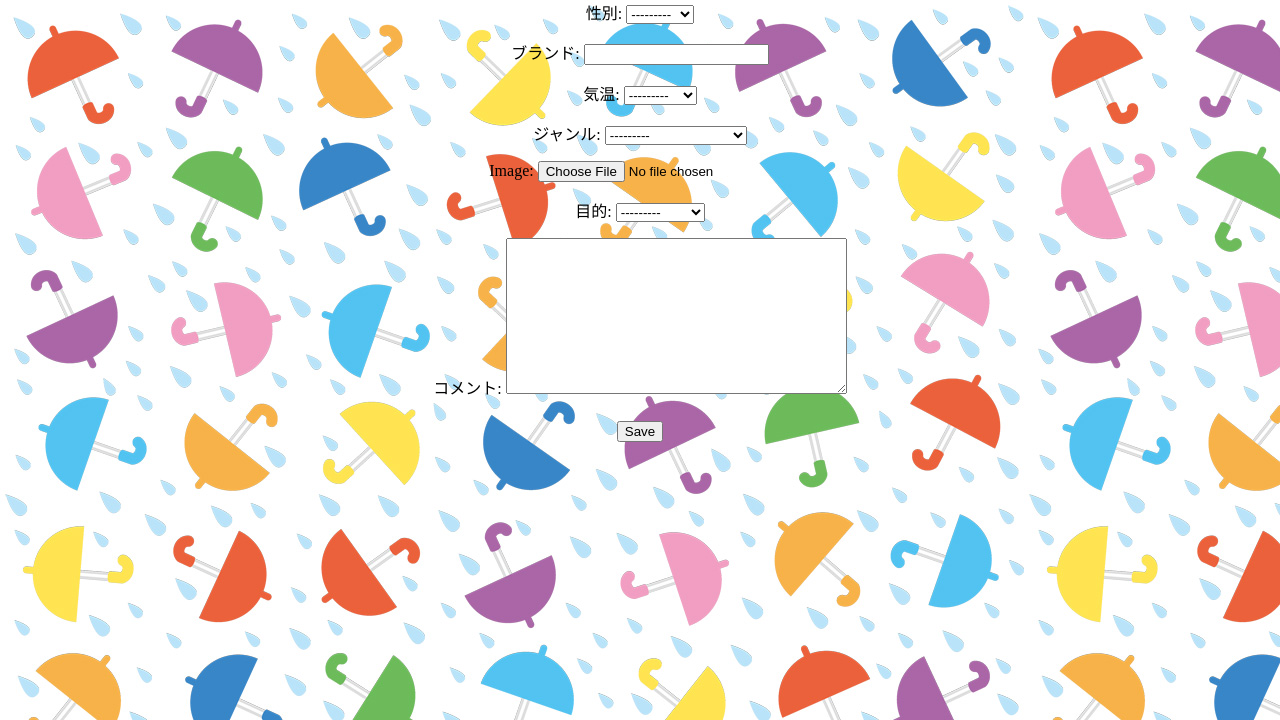
Repository: onoryo/DjangoProject
Page: http://localhost/toukou/
The author's editor kept a record of every edit. The page is drawn from the files as they stood at one moment, then again after the next edit.
The browser window is 1280 px wide. The pictures show the whole page.
The page is served by the project's application, run on Django 2.2 (manage.py). Other server files are loaded and not shown.

Above is the page before.

### clothes/views.py
import os
import uuid, datetime
from django.shortcuts import render, get_object_or_404
from django.shortcuts import redirect
from PIL.Image import Image
from .models import Post
from .forms import PostForm, SearchForm
from django.db.models import Q
from hackathon.settings import MEDIA_ROOT
from django.views.generic import View

# Create your views here.

#ホーム画面のビュー.　｛｝内に受け渡す変数を宣言
def home(request):
    today = datetime.datetime.now()
    month = []
    day = []
    weekday = []
    for n in range(7):
        month.append((today+datetime.timedelta(days=n)).month)
        day.append((today+datetime.timedelta(days=n)).day)
        weekday.append((today+datetime.timedelta(days=n)).weekday())
    if weekday[0]==0:
        weekday_char = [u'月', '火', u'水', u'木', u'金', u'土', u'日']
    elif weekday[0]==1:
        weekday_char = [u'火', u'水', u'木', u'金', u'土', u'日', u'月']
    elif weekday[0]==2:
        weekday_char = [u'水', u'木', u'金', u'土', u'日', u'月', '火']
    elif weekday[0]==3:
        weekday_char = [u'木', u'金', u'土', u'日', u'月', '火', u'水']
    elif weekday[0]==4:
        weekday_char = [u'金', u'土', u'日', u'月', '火', u'水', u'木']
    elif weekday[0]==5:
        weekday_char = [u'土', u'日', u'月', '火', u'水', u'木', u'金']
    else :
        weekday_char = [u'日', u'月', '火', u'水', u'木', u'金', u'土']

    if request.method == "GET":
        form = SearchForm()
        lo = u'東京'
        posts = Post.objects.all().order_by('-created_date')
        #weather API
        current_temp, daily_sky, max_temp, min_temp = wapi("Tokyo")

        daily_images = tenkiimage(daily_sky)#天気情報から天気の画像リンクを取得
        return render(request, 'clothes/home.html', {'form':form, 'posts':posts, 'max_temp':max_temp, 'min_temp':min_temp, 'current_temp':current_temp,
            'daily_sky':daily_sky, 'day':day, 'month':month, 'weekday_char':weekday_char, 'daily_images':daily_images, 'lo':lo})
    elif request.method == "POST":
        form = SearchForm(request.POST)

        if form.is_valid():
            data = form.save(commit=False)
            lo = pref(request.POST.get('ken'))
            #weather API
            current_temp, daily_sky, max_temp, min_temp = wapi(request.POST.get('ken'))
            daily_images = tenkiimage(daily_sky)
            posts = Post.objects.filter(gender=request.POST.get('gender'), category=request.POST.get('category')
                ).filter(gender=request.POST.get('gender'), purpose=request.POST.get('purpose')
                ).order_by('-created_date')
            if max_temp[0]<=5 :
                posts = posts.filter(temp=u'~5')[:9]
            elif max_temp[0]<=10 :
                posts = posts.filter(temp=u'6~10')[:9]
            elif max_temp[0]<=15 :
                posts = posts.filter(temp=u'11~15')[:9]
            elif max_temp[0]<=20 :
                posts = posts.filter(temp=u'16~20')[:9]
            elif max_temp[0]<=25 :
                posts = posts.filter(temp=u'21~25')[:9]
            elif max_temp[0]<=30 :
                posts = posts.filter(temp=u'26~30')[:9]
            elif max_temp[0]>30 :
                posts = posts.filter(temp=u'31~')[:9]
    return render(request, 'clothes/home.html', {'form':form, 'data':data, 'posts':posts, 'max_temp':max_temp, 'min_temp':min_temp, 'current_temp':current_temp,
        'daily_sky':daily_sky, 'daily_images':daily_images, 'day':day, 'month':month, 'weekday_char':weekday_char, 'lo':lo})

def toukou(request):
    if request.method == "POST":
        form = PostForm(request.POST, request.FILES)
        if form.is_valid():
            post = form.save(commit=False)
            post.image = request.FILES['image']
            post.save()
            return redirect('home')
    else:
        form = PostForm()
    return render(request, 'clothes/toukou.html', {'form':form})

#テスト用
# def search(request):
#     form = SearchForm()
#     if request.method == "GET":
#         return render(request, 'clothes/search.html', {'form':form})
#     elif request.method == 'POST':
#         form = SearchForm(request.POST)
#         posts = Post.objects.all()
#         if form.is_valid():
#             posts = posts.filter(Q(gender=form.cleaned_data['gender']),
#                 Q(purpose=form.cleaned_data['purpose']),
#                 Q(ken=form.cleaned_data['ken']),
#                 ).order_by('-created_date')
#     return render(request, 'search.html', {'form':form, 'posts':posts})

def wapi(location):
        location_dict = {}
        location_dict['Tokyo'] = '1850147'
        location_dict['Kobe'] = '1859171'
        location_dict['Niigata'] = '1851951'
        location_dict['Sapporo'] = '2128295'
        location_dict['Yamanashi'] = '1861454'
        location_dict['Fukuoka'] = '1852915'
        location_dict['Ibaraki'] = '2112572'
        location_dict['Mie'] = '1849796'
        location_dict['Miyagi'] = '211277'
        location_dict['Oita'] = '1864750'
        location_dict['Wakayama'] = '1851426'
        location_dict['Hiroshima'] = '1857334'
        location_dict['Osaka'] = '1850034'
        location_dict['Shizuoka'] = '1851717'
        location_dict['Okayama'] = '1855416'
        location_dict['Aichi'] = '1856057'
        location_dict['Kanagawa'] = '1859642'
        location_dict['Iwate'] = '2111834'
        location_dict['Saitama'] = '1859740'
        location_dict['Okinawa'] = '1894616'
        location_dict['Chiba'] = '2113015'
        location_dict['Kyoto'] = '1857910'
        location_dict['Fukushima'] = '2112923'
        location_dict['Toyama'] = '1849876'
        location_dict['Tokushima'] = '1850158'
        location_dict['Gifu'] = '1863641'
        location_dict['Yamagata'] = '2110556'
        location_dict['Aomori'] = '2130658'
        location_dict['Nagasaki'] = '1856177'
        location_dict['Tottori'] = '1849892'
        location_dict['Tochigi'] = '1850311'
        location_dict['Yamaguchi'] = '1848689'
        location_dict['Akita'] = '2128867'
        location_dict['Gunma'] = '1857843'
        location_dict['Ishikawa'] = '1860243'
        location_dict['Fukui'] = '1863985'
        location_dict['Nagano'] = '1856215'
        location_dict['Shiga'] = '1853574'
        location_dict['Nara'] = '1855612'
        location_dict['Shimane'] = '1857550'
        location_dict['Kagawa'] = '1851100'
        location_dict['Ehime'] = '1926099'
        location_dict['Kouchi'] = '1859146'
        location_dict['Saga'] = '1860063'
        location_dict['Kumamoto'] = '1858421'
        location_dict['Miyazaki'] = '1856717'
        location_dict['Kagoshima'] = '1860827'


        import urllib.request
        import json
        import datetime
        today = datetime.date.today()
        tsuki = int(today.month)
        hi = int(today.day)

        key = '7608bc173f7b4f2b30d704fe6c938d32'
        day = '6' # forecast for day days (1 to ?)
        url_forecast = 'http://api.openweathermap.org/data/2.5/forecast/daily?id={0}&units=metric&cnt={1}&appid={2}'.format(location_dict[location], day, key)
        url_today = 'http://api.openweathermap.org/data/2.5/weather?id={0}&units=metric&appid={1}'.format(location_dict[location], key)
        response_forecast, response_today = urllib.request.urlopen(url_forecast), urllib.request.urlopen(url_today)
        data_forecast, data_today = response_forecast.read().decode('utf8'), response_today.read().decode('utf8')
        weather_info_forecast, weather_info_today = json.loads(data_forecast), json.loads(data_today)

        cnt_data_forecast = weather_info_forecast['cnt']
        city_data_forecast = weather_info_forecast['city']
        weather_data_forecast = weather_info_forecast['list']
        message_data_forecast = weather_info_forecast['message']
        cod_data_forecast = weather_info_forecast['cod']

        coord_data_today = weather_info_today['coord']
        base_data_today = weather_info_today['base']
        wind_data_today = weather_info_today['wind']
        cod_data_today = weather_info_today['cod']
        id_data_today = weather_info_today['id']
        weather_data_today = weather_info_today['main']
        sky_data_today = weather_info_today['weather']
        # その他多数

        daily_temp = []
        daily_temp.append(weather_data_today)
        for i in range(int(day)):
            p = weather_data_forecast[i]
            daily_temp.append(p)

        daily_sky = []
        daily_sky.append(sky_data_today[0]['description'])
        for i in range(int(day)):
            daily_sky.append(daily_temp[i+1]['weather'][0]['description'])

        current_temp = daily_temp[0]['temp']
        max_temp = []
        min_temp = []
        max_temp.append(daily_temp[0]['temp_max'])
        min_temp.append(daily_temp[0]['temp_min'])
        for i in range(int(day)):
            max_temp.append(daily_temp[i+1]['temp']['max'])
            min_temp.append(daily_temp[i+1]['temp']['min'])
        max_temp1 = []
        min_temp1 = []
        for temp in max_temp:
            max_temp1.append(int(round(temp, 0)))
        for temp in min_temp:
            min_temp1.append(int(round(temp, 0)))
        current_temp = round(current_temp, 0)

        # daily_sky を日本語に変換
        for i in range(7):
            if daily_sky[i] == 'sky is clear':
                daily_sky[i] = '晴れ'
            elif daily_sky[i] == 'light rain':
                daily_sky[i] = 'くもり'
            elif daily_sky[i] == 'moderate rain':
                daily_sky[i] = '雨'
            elif daily_sky[i] == 'very heavy rain':
                daily_sky[i] = '雨'
            elif daily_sky[i] == 'heavy intensity rain':
                daily_sky[i] = '雨'
            elif daily_sky[i] == 'light intensity shower rain':
                daily_sky[i] = '雨'
            elif daily_sky[i] == 'few clouds':
                daily_sky[i] = 'くもり'
            elif daily_sky[i] == 'scattered clouds':
                daily_sky[i] = 'くもり'
            elif daily_sky[i] == 'broken clouds':
                daily_sky[i] = 'くもり'
            elif daily_sky[i] == 'overcast clouds':
                daily_sky[i] = 'くもり'
            elif daily_sky[i] == 'clear sky':
                daily_sky[i] = '晴れ'
            elif daily_sky[i] == 'shower rain':
                daily_sky[i] = '雨'
            elif daily_sky[i] == 'rain':
                daily_sky[i] = '雨'
            elif daily_sky[i] == 'thunderstorm':
                daily_sky[i] = '雷雨'
            elif daily_sky[i] == 'snow':
                daily_sky[i] = '雪'
            elif daily_sky[i] == 'mist':
                daily_sky[i] = '小雨'


        return current_temp, daily_sky, max_temp1, min_temp1

        #print('今日の天気: ' + str(daily_sky[0]))
        #print('現在の気温は' + str(current_temp) + 'です')
        #print('今日の最高気温は' + str(max_temp[0]) + 'です')
        #print('今日の最低気温は' + str(min_temp[0]) + 'です\n')
        #for i in range(int(day)):
            #print(str(tsuki) + '月' + str(hi + i + 1) + '日の天気: ' + str(daily_sky[i+1]))
            #print('最高気温は' + str(max_temp[i+1]) + 'です')
            #print('最低気温は' + str(min_temp[i+1]) + 'です\n')

        # daily_sky[] : 0～6に今日から6日先までの天気が入っている e.g. scattered cloud
        # current_temp : 現在の気温
        # max_temp[] : 0~6に今日から6日先までの最高気温が入っている
        # min_temp[] : 0~6に今日から6日先までの最低気温が入っている

def tenkiimage(sky):
    images =[]
    for sky in sky:
        if sky=='晴れ':
            images.append('tenki_images/kaisei.jpg')
        elif sky=='小雨':
            images.append('tenki_images/kosame.jpg')
        elif sky=='雨':
            images.append('tenki_images/ame.jpg')
        elif sky=='くもり':
            images.append('tenki_images/kumori.jpg')
        elif sky=='雷雨':
            images.append('tenki_images/raiu.jpg')
        elif sky=='雪':
            images.append('tenki_images/yuki.jpg')

    return images

def pref(ken):#POSTデータから日本語件名を取得
    kenmei = {
        u'Sapporo':u'北海道',
        u'Aomori':u'青森県',
        u'Iwate':u'岩手県',
        u'Miyagi':u'宮城県',
        u'Akita':u'秋田県',
        u'Yamagata':u'山形県',
        u'Fukushima':u'福島県',
        u'Ibaraki':u'茨城県',
        u'Tochigi':u'栃木県',
        u'Gunma':u'群馬県',
        u'Saitama':u'埼玉県',
        u'Chiba':u'千葉県',
        u'Tokyo':u'東京都',
        u'Kanagawa':u'神奈川県',
        u'Niigata':u'新潟県',
        u'Toyama':u'富山県',
        u'Ishikawa':u'石川県',
        u'Fukui':u'福井県',
        u'Yamanashi':u'山梨県',
        u'Nagano':u'長野県',
        u'Gifu':u'岐阜県',
        u'Shizuoka':u'静岡県',
        u'Aichi':u'愛知県',
        u'Mie':u'三重県',
        u'shiga':u'滋賀県',
        u'Kyoto':u'京都府',
        u'Osaka':u'大阪府',
        u'Kobe':u'兵庫県',
        u'Nara':u'奈良県',
        u'Wakayama':u'和歌山県',
        u'Tottori':u'鳥取県',
        u'Shimane':u'島根県',
        u'Okayama':u'岡山県',
        u'Hiroshima':u'広島県',
        u'Yamaguchi':u'山口県',
        u'Tokushima':u'徳島県',
        u'Kagawa':u'香川県',
        u'Ehime':u'愛媛県',
        u'Kouchi':u'高知県',
        u'Fukuoka':u'福岡県',
        u'Saga':u'佐賀県',
        u'nagasaki':u'長崎県',
        u'Kumamoto':u'熊本県',
        u'Oita':u'大分県',
        u'Miyazaki':u'宮崎県',
        u'Kagoshima':u'鹿児島県',
        u'Okinawa':u'沖縄県',
    }
    return kenmei[ken]

### clothes/templates/clothes/toukou.html
{% load staticfiles %}
<html>
    <head>
        <link rel="stylesheet" type="text/css" href="{% static 'css/clothes5.css' %}">
        <title>
        Weather and Clothes　〜写真を投稿〜</title>
    </head>

    <body>
        <center><form method="post" enctype="multipart/form-data">{% csrf_token %}
        <table>
            {{ form.as_p }}
            <tr>
                <td></td>
            </tr>
        </table>
        <button type="submit" >Save</button>
        <!--    画像ファイル<input type="file" name="pic"><br>-->

        <!--<div class="wrap2">-->
        <!--    <input type="radio" name="q1" value="women"> Women-->
        <!--    <input type="radio" name="q1" value="men"> Men-->
        <!--<br><br>-->

        <!--目的<br>-->
        <!--<select name="目的">-->
        <!--    <option value="nochoice">指定なし</option>-->
        <!--    <option value="date">デート</option>-->
        <!--    <option value="party">パーティー</option>-->
        <!--    <option value="outdoor">アウトドア</option>-->
        <!--</select>-->
        <!--<br><br>-->

        <!--服のジャンル<br>-->
        <!--<select name="ジャンル">-->
        <!--    <option value="outdoor">アウトドア</option>-->
        <!--    <option value="amekaji">アメカジ</option>-->
        <!--    <option value="kuranji">クランジ</option>-->
        <!--    <option value="surf">サーフ</option>-->
        <!--    <option value="salon">サロン</option>-->
        <!--    <option value="street">ストリート</option>-->
        <!--    <option value="sports">スポーツＭＩＸ</option>-->
        <!--    <option value="toratto">トラット</option>-->
        <!--    <option value="noomukoa">ノームコア</option>-->
        <!--    <option value="business">ビジネス</option>-->
        <!--    <option value="hiphop">ヒップホップ</option>-->
        <!--    <option value="host">ホスト・渋谷</option>-->
        <!--    <option value="mode">モード</option>-->
        <!--    <option value="rock">ロック</option>-->
        <!--    <option value="onee">お姉</option>-->
        <!--    <option value="girlish">ガーリッシュ</option>-->
        <!--    <option value="gyaru">ギャル</option>-->
        <!--    <option value="kireime">きれいめカジュアル</option>-->
        <!--    <option value="gosurori">ゴスロリ</option>-->
        <!--    <option value="marine">マリン</option>-->
        <!--    <option value="harajuku">原宿</option>-->
        <!--    <option value="morigirl">森ガール</option>-->
        <!--</select>-->
        <!--<br><br>-->

        <!--行き先<br>-->
        <!--<select name="ken">-->
        <!--    <option value="選択してください" >都道府県</option>-->
        <!--    <option value="北海道">北海道</option>-->
        <!--    <option value="青森県">青森県</option>-->
        <!--    <option value="岩手県">岩手県</option>-->
        <!--    <option value="宮城県">宮城県</option>-->
        <!--    <option value="秋田県">秋田県</option>-->
        <!--    <option value="山形県">山形県</option>-->
        <!--    <option value="福島県">福島県</option>-->
        <!--    <option value="茨城県">茨城県</option>-->
        <!--    <option value="栃木県">栃木県</option>-->
        <!--    <option value="群馬県">群馬県</option>-->
        <!--    <option value="埼玉県">埼玉県</option>-->
        <!--    <option value="千葉県">千葉県</option>-->
        <!--    <option value="東京都">東京都</option>-->
        <!--    <option value="神奈川県">神奈川県</option>-->
        <!--    <option value="新潟県">新潟県</option>-->
        <!--    <option value="富山県">富山県</option>-->
        <!--    <option value="石川県">石川県</option>-->
        <!--    <option value="福井県">福井県</option>-->
        <!--    <option value="山梨県">山梨県</option>-->
        <!--    <option value="長野県">長野県</option>-->
        <!--    <option value="岐阜県">岐阜県</option>-->
        <!--    <option value="静岡県">静岡県</option>-->
        <!--    <option value="愛知県">愛知県</option>-->
        <!--    <option value="三重県">三重県</option>-->
        <!--    <option value="滋賀県">滋賀県</option>-->
        <!--    <option value="京都府">京都府</option>-->
        <!--    <option value="大阪府">大阪府</option>-->
        <!--    <option value="兵庫県">兵庫県</option>-->
        <!--    <option value="奈良県">奈良県</option>-->
        <!--    <option value="和歌山県">和歌山県</option>-->
        <!--    <option value="鳥取県">鳥取県</option>-->
        <!--    <option value="島根県">島根県</option>-->
        <!--    <option value="岡山県">岡山県</option>-->
        <!--    <option value="広島県">広島県</option>-->
        <!--    <option value="山口県">山口県</option>-->
        <!--    <option value="徳島県">徳島県</option>-->
        <!--    <option value="香川県">香川県</option>-->
        <!--    <option value="愛媛県">愛媛県</option>-->
        <!--    <option value="高知県">高知県</option>-->
        <!--    <option value="福岡県">福岡県</option>-->
        <!--    <option value="佐賀県">佐賀県</option>-->
        <!--    <option value="長崎県">長崎県</option>-->
        <!--    <option value="熊本県">熊本県</option>-->
        <!--    <option value="大分県">大分県</option>-->
        <!--    <option value="宮崎県">宮崎県</option>-->
        <!--    <option value="鹿児島県">鹿児島県</option>-->
        <!--    <option value="沖縄県">沖縄県</option>-->
        <!--</select></div>-->
        <!--<br><br>-->


        <!--気温<BR>-->
        <!--<select name="気温">-->
        <!--    <option value="サンプル0">～５℃</option></option>-->
        <!--    <option value="サンプル1">６～10℃</option>-->
        <!--    <option value="サンプル2">10～15℃</option>-->
        <!--    <option value="サンプル3">15～20℃</option>-->
        <!--    <option value="サンプル3">20～25℃</option>-->
        <!--    <option value="サンプル3">25℃～</option>-->
        <!--</select>-->
        <!--<br><br>-->

        <!--<textarea name="comment" rows="4" cols="40"> コメントを入力してください </textarea>-->

        <!--<input type="submit" name="botan" value="send">-->
        </form></center>
    </body>

</html>

### clothes/forms.py
from django import forms

from .models import Post

#投稿フォームで受け取る情報
class PostForm(forms.ModelForm):

    class Meta:
        model = Post
        fields = (
            'gender',
            'brand',
            'temp',
            'category',
            'image',
            'purpose',
            'comment',
        )
        labels = {
            'gender': ('性別'),
            'brand': ('ブランド'),
            'temp': ('気温'),
            'category': ('ジャンル'),
            'purpose': ('目的'),
            'comment': ('コメント'),
        }

# 検索フォームで受け取る情報
class SearchForm(forms.Form, forms.ModelForm):

    class Meta:
        model = Post
        fields = ('gender', 'category', 'purpose')
        labels = {
            'gender': ('性別'),
            'category': ('ジャンル'),
            'purpose': ('目的'),
        }

    KEN_CHOICES = (
        (u'Sapporo', u'北海道'),
        (u'Aomori', u'青森県'),
        (u'Iwate', u'岩手県'),
        (u'Miyagi', u'宮城県'),
        (u'Akita', u'秋田県'),
        (u'Yamagata', u'山形県'),
        (u'Fukushima', u'福島県'),
        (u'Ibaraki', u'茨城県'),
        (u'Tochigi', u'栃木県'),
        (u'Gunma', u'群馬県'),
        (u'Saitama', u'埼玉県'),
        (u'Chiba', u'千葉県'),
        (u'Tokyo', u'東京都'),
        (u'Kanagawa', u'神奈川県'),
        (u'Niigata', u'新潟県'),
        (u'Toyama', u'富山県'),
        (u'Ishikawa', u'石川県'),
        (u'Fukui', u'福井県'),
        (u'Yamanashi', u'山梨県'),
        (u'Nagano', u'長野県'),
        (u'Gifu', u'岐阜県'),
        (u'Shizuoka', u'静岡県'),
        (u'Aichi', u'愛知県'),
        (u'Mie', u'三重県'),
        (u'Shiga', u'滋賀県'),
        (u'Kyoto', u'京都府'),
        (u'Osaka', u'大阪府'),
        (u'Kobe', u'兵庫県'),
        (u'Nara', u'奈良県'),
        (u'Wakayama', u'和歌山県'),
        (u'Tottori', u'鳥取県'),
        (u'Shimane', u'島根県'),
        (u'Okayama', u'岡山県'),
        (u'Hiroshima', u'広島県'),
        (u'Yamaguchi', u'山口県'),
        (u'Tokushima', u'徳島県'),
        (u'Kagawa', u'香川県'),
        (u'Ehime', u'愛媛県'),
        (u'Kouchi', u'高知県'),
        (u'Fukuoka', u'福岡県'),
        (u'Saga', u'佐賀県'),
        (u'nagasaki', u'長崎県'),
        (u'Kumamoto', u'熊本県'),
        (u'Oita', u'大分県'),
        (u'Miyazaki', u'宮崎県'),
        (u'Kagoshima', u'鹿児島県'),
        (u'Okinawa', u'沖縄県'),
    )
    ken = forms.CharField(max_length=10, widget=forms.Select(choices=KEN_CHOICES), label='行き先')

### hackathon/urls.py
"""hackathon URL Configuration

The `urlpatterns` list routes URLs to views. For more information please see:
    https://docs.djangoproject.com/en/1.9/topics/http/urls/
Examples:
Function views
    1. Add an import:  from my_app import views
    2. Add a URL to urlpatterns:  url(r'^$', views.home, name='home')
Class-based views
    1. Add an import:  from other_app.views import Home
    2. Add a URL to urlpatterns:  url(r'^$', Home.as_view(), name='home')
Including another URLconf
    1. Add an import:  from blog import urls as blog_urls
    2. Import the include() function: from django.conf.urls import url, include
    3. Add a URL to urlpatterns:  url(r'^blog/', include(blog_urls))
"""
from django.conf.urls import url, include
from django.contrib import admin

urlpatterns = [
    url(r'^admin/', admin.site.urls), #管理者用サイトを返す
    url(r'', include('clothes.urls')),#clothes/urls.pyにリダイレクト

]

### clothes/urls.py
from django.conf.urls import include, url
from django.conf import settings
from django.conf.urls.static import static
from django.contrib import admin
from . import views
from hackathon.settings import MEDIA_ROOT
import django

urlpatterns = [
    url(r'^$', views.home, name = 'home'),
    url(r'^toukou/$', views.toukou, name = 'toukou'),
    # url(r'^search/$', views.search, name = 'search'),
    # url(r'media/(?P<path>.*)$', include('django.views.static.serve'), {'document_root': MEDIA_ROOT}),
]
if settings.DEBUG:
    urlpatterns += static(settings.MEDIA_URL, document_root=settings.MEDIA_ROOT)

### static/css/clothes5.css
body {
  background-image: url("../images/background.jpg");
  margin: 0 0 0 0;
  padding: 0 0 0 0;
}

.wrap1{
  margin: 0 auto 0 auto;
  width: 1100px;
}


.weather{
  top:20px;
  position:absolute;
  left:450px;}

.weather1{
  top:100px;
  position:absolute;
  left:900px;
  width:280px;
}


.weaklyweather{
  top:210px;
  position:absolute;
  left:750px;
  width: 150px;}

.picture{
  clear: both;
  top:800px;
  position:absolute;
  /*left:250px;*/
  width:80%;
}

.today{
  float: right;
  width: 250px;}

Loaded but not shown: clothes/models.py (121 lines, source omitted)

After the next edit:
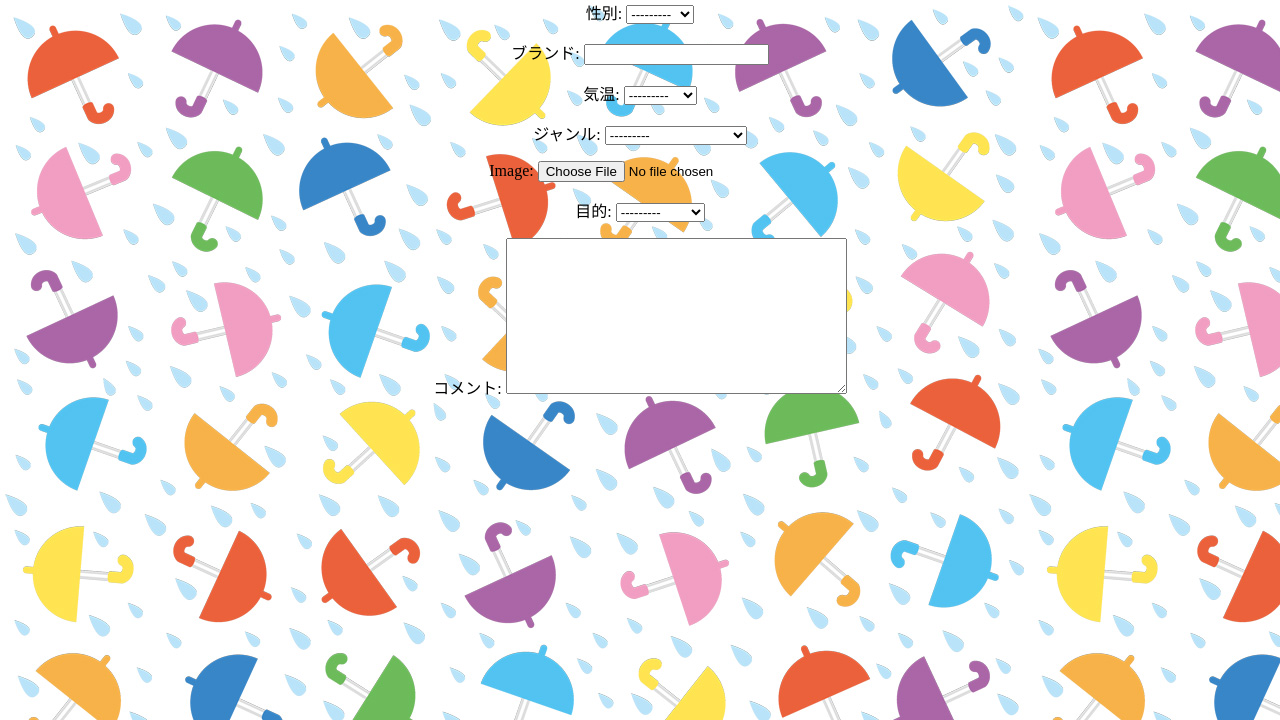
The edit:
--- a/clothes/templates/clothes/toukou.html
+++ b/clothes/templates/clothes/toukou.html
@@ -14,7 +14,7 @@
                 <td></td>
             </tr>
         </table>
-        <button type="submit" >Save</button>
+
         <!--    画像ファイル<input type="file" name="pic"><br>-->
 
         <!--<div class="wrap2">-->
